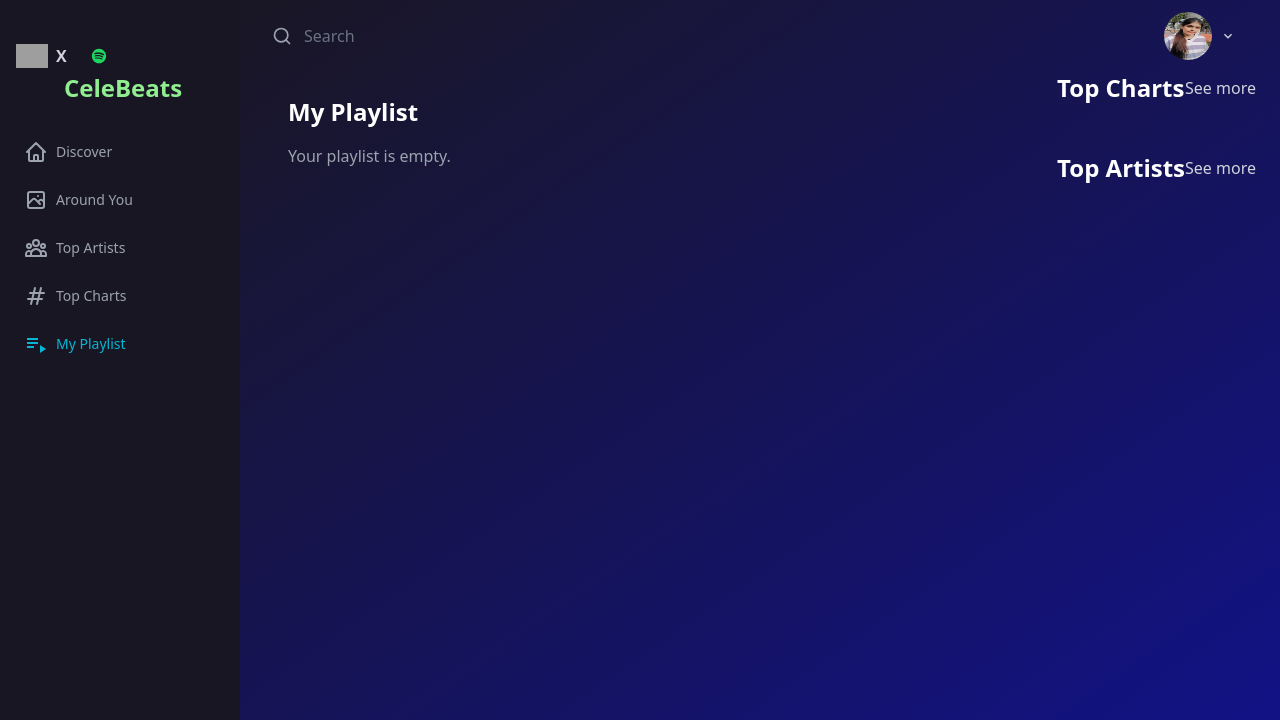
Repository: aakanshimalik/CeleBeats-SpotifyClone
Page: /playlist
These files come from the project's save history. The page is drawn as it stood at one moment and after the next save; the edit follows.
The browser window is 1280 px wide. The pictures show the whole page.
Pictures or frames that could not be fetched are drawn as grey boxes. The page's requests for data from a server got no answer. The project was rebuilt for these pictures with package versions that can differ from the ones it lists, and the page was loaded fresh each time. No one was signed in, and anything a server would have sent is missing. Also part of the build but not shown: vite.config.js, src/components/PlayPause.jsx, src/components/SongCard.jsx, src/components/ArtistCard.jsx, src/components/DetailsHeader.jsx, src/components/DetailHeader.jsx, src/components/SongBar.jsx, src/components/RelatedSongs.jsx and 17 more.

Above is the page before, as saved 2025-07-07 20:04:44.

After the next save:
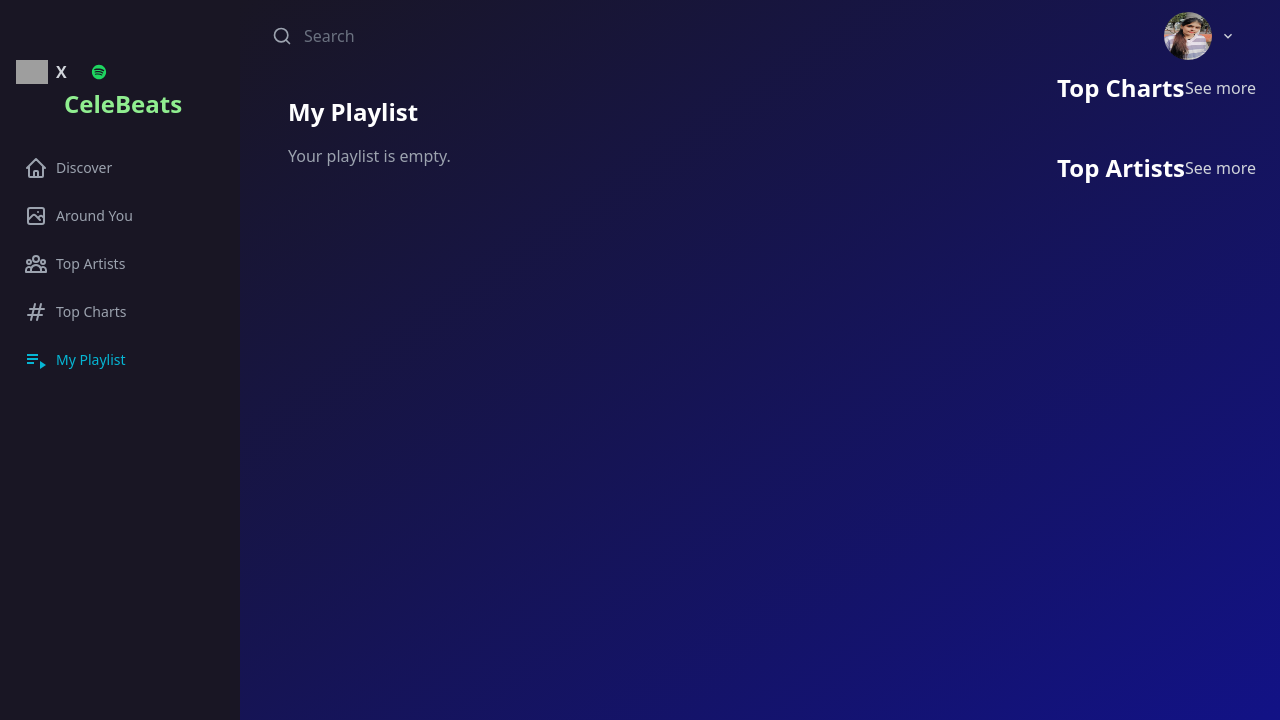
Saved 64 s later.
--- a/src/components/Sidebar.jsx
+++ b/src/components/Sidebar.jsx
@@ -40,7 +40,7 @@
     <>
       <div className='md:flex hidden flex-col w-[240px] py-10 px-4 bg-[#191624] '>
         <div>
-          <div className='flex flex-row items-center gap-2'>
+          <div className='flex flex-row items-center gap-2 mt-4'>
             <img src={logo2} alt='logo2' className=' w-8 h-8 object-contain ' />
             <span className='text-gray-300 font-bold'>X</span><br></br>
             <img src={logo1} alt='logo1' className=' w-8 h-8 object-contain bg-transparent rounded ' />
